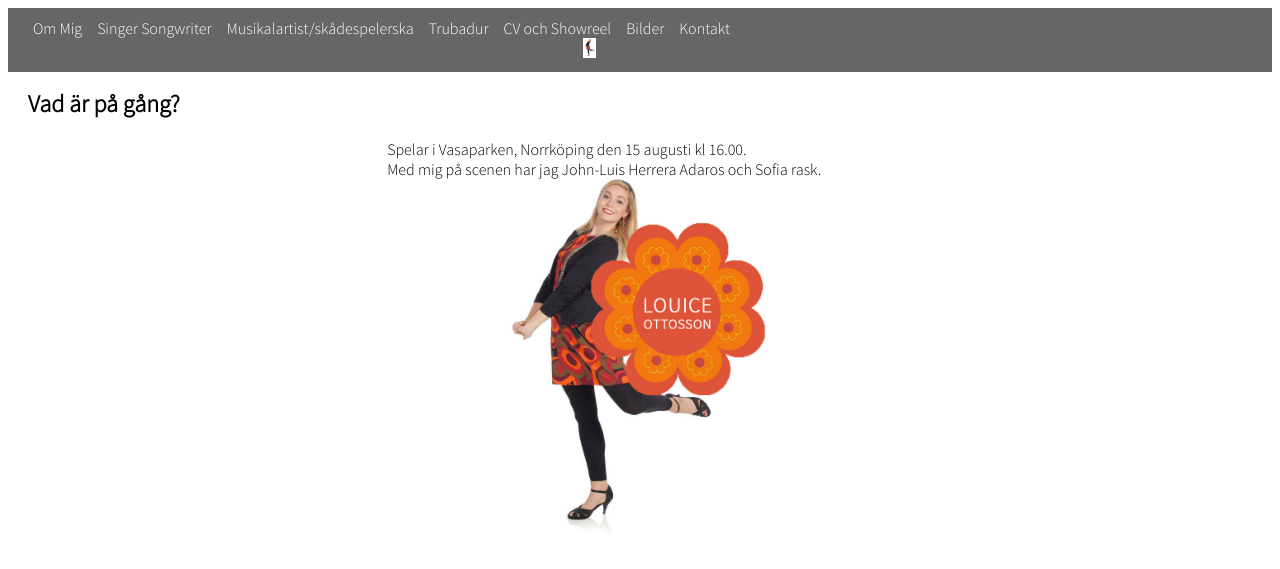
Repository: MarkusGirdland/LouiceOttosson
Page: index.html
The author's editor kept a record of every edit. The page is drawn from the files as they stood at one moment, then again after the next edit.
The browser window is 1280 px wide. The pictures show the whole page.

Above is the page before.

After the next edit:
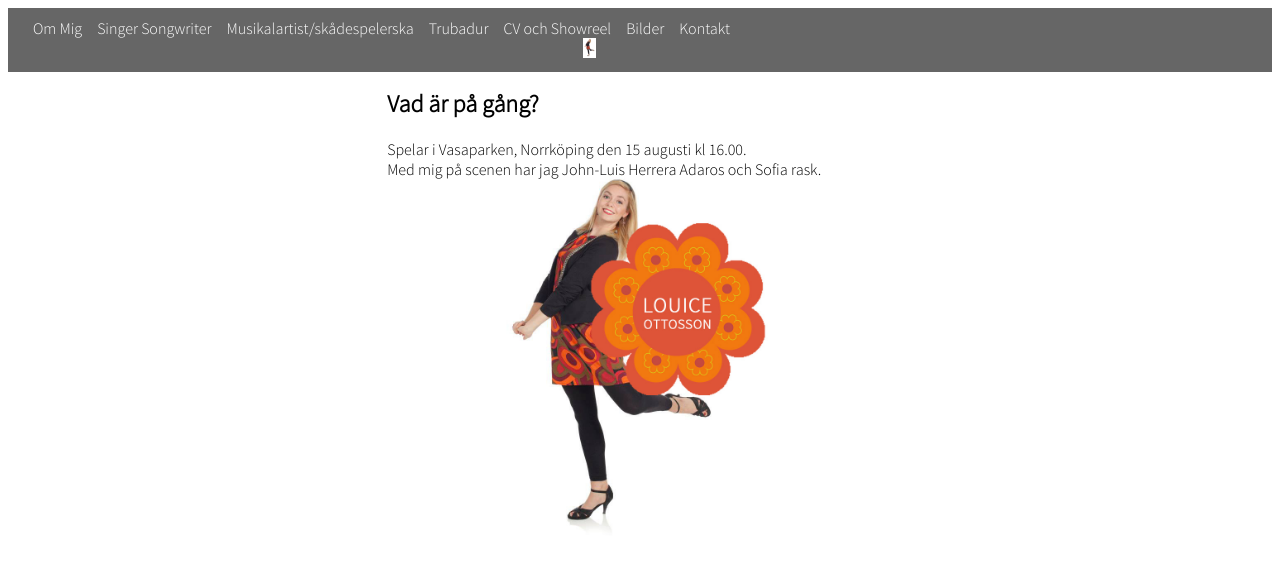
The edit:
--- a/css/basic.css
+++ b/css/basic.css
@@ -51,10 +51,6 @@
     background-repeat: no-repeat;
     background-position: center;
     background-attachment:fixed;
-}
-
-#indexh2{
-    margin-left: 20px;
 }
 
 main {
